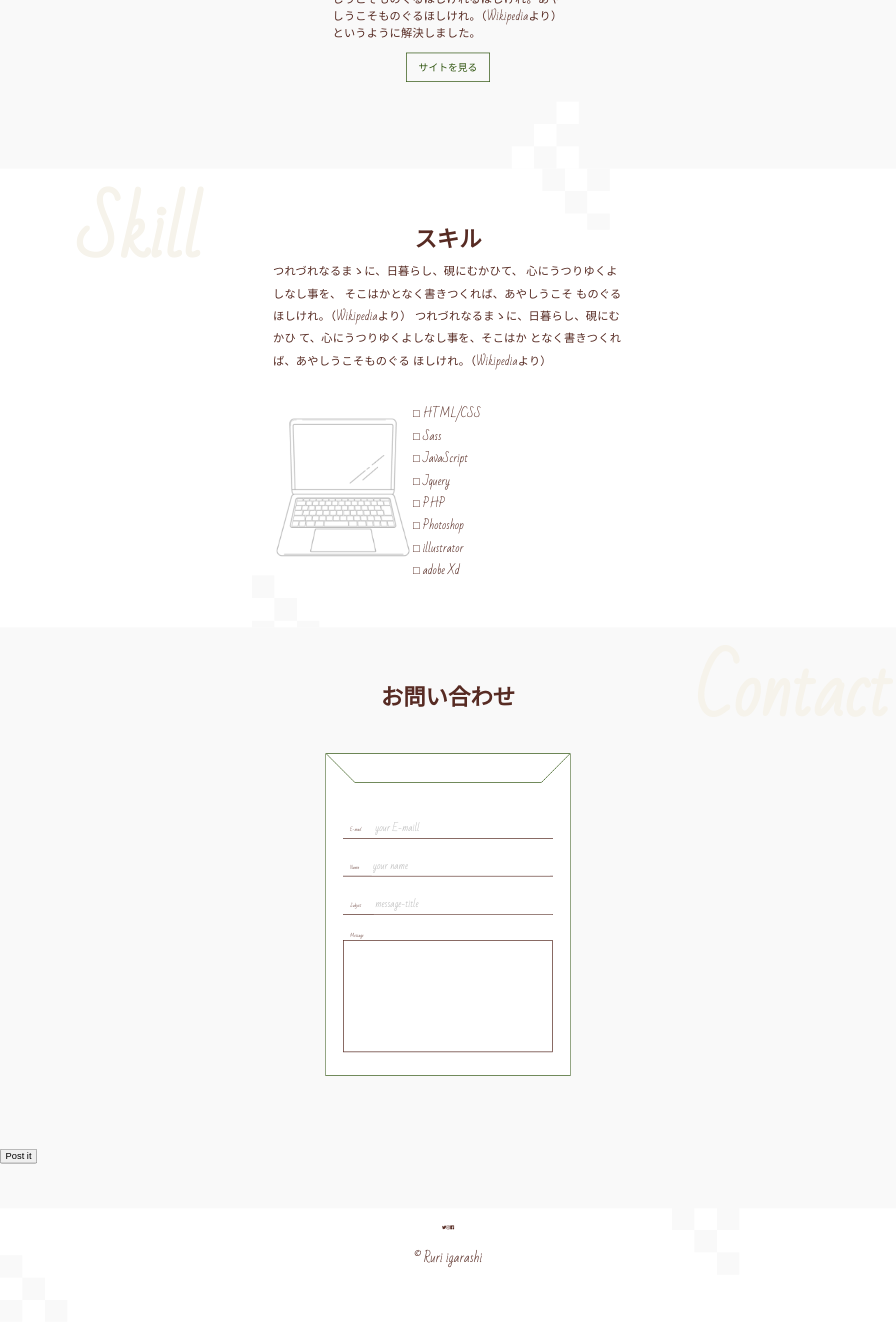
Repository: ppmp556/igarashi.kakuu
Page: index.html
An editor plug-in stored every save of this project. The page is shown before and after the next save, followed by the edit.
The browser window is 1280 px wide. The pictures show the part of the page from y = 3473 to 5393 px (the page is 5361 px tall before and 5393 px after), at 70% of full size.
Some web libraries are served in a nearby version. The style sheet was rebuilt from its Sass, Less or Tailwind sources for each picture, by a compiler version that may differ from the author's.

Above is the page before, as saved 2020-11-03 12:05:47.

After the next save:
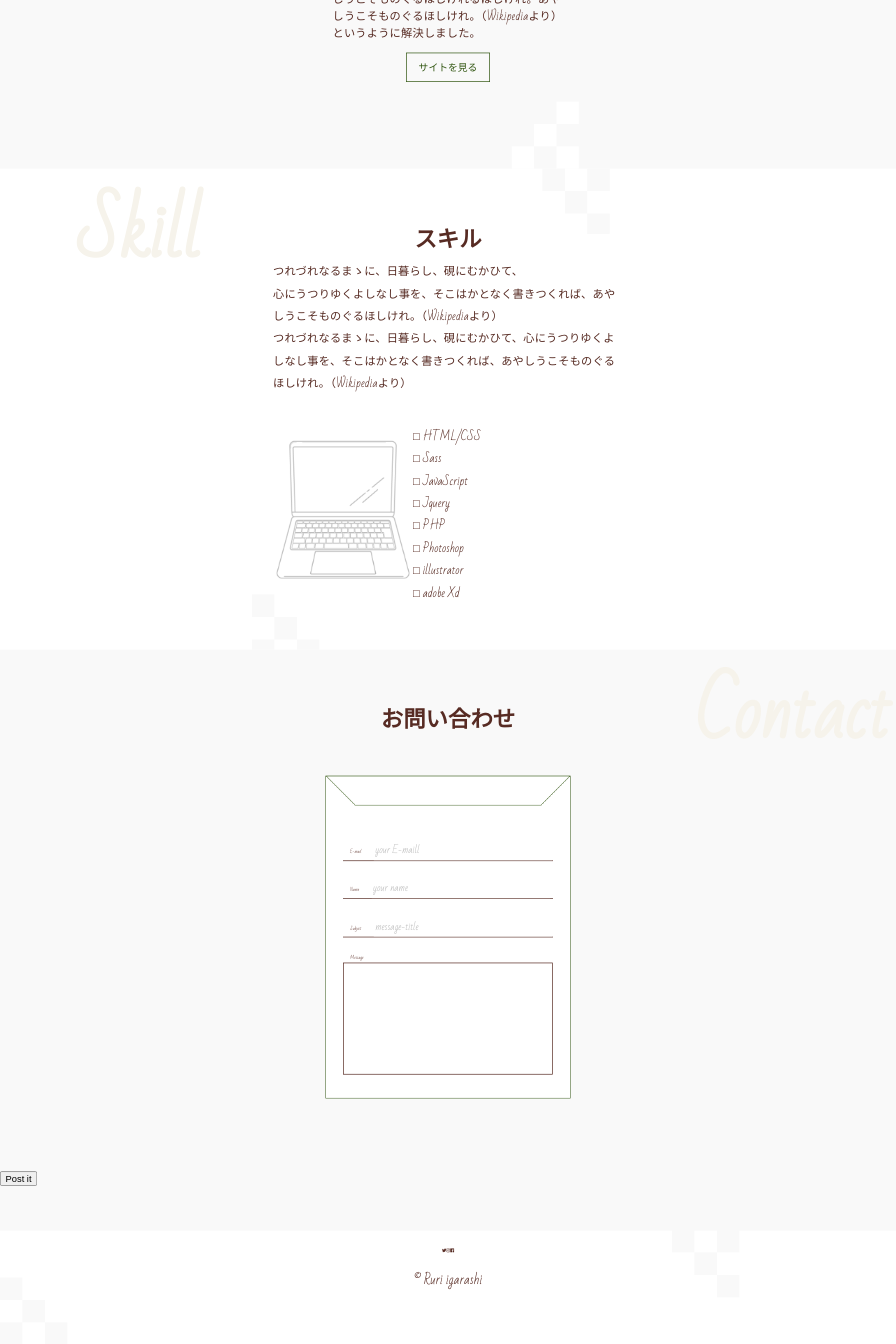
Saved 102 s later.
--- a/index.html
+++ b/index.html
@@ -153,13 +153,11 @@
                     <div class="skill_inner">
                         <div class="skill_txtbox">
                             <p class="skill_txt">
-                                つれづれなるまゝに、日暮らし、硯にむかひて、
-                                心にうつりゆくよしなし事を、
-                                そこはかとなく書きつくれば、あやしうこそ
-                                ものぐるほしけれ。（Wikipediaより）
-                                つれづれなるまゝに、日暮らし、硯にむかひ
-                                て、心にうつりゆくよしなし事を、そこはか
-                                となく書きつくれば、あやしうこそものぐる
+                                つれづれなるまゝに、日暮らし、硯にむかひて、<br>
+                                心にうつりゆくよしなし事を、そこはかとなく書きつくれば、あや<br>
+                                しうこそものぐるほしけれ。（Wikipediaより）<br>
+                                つれづれなるまゝに、日暮らし、硯にむかひて、心にうつりゆくよ<br>
+                                しなし事を、そこはかとなく書きつくれば、あやしうこそものぐる<br>
                                 ほしけれ。（Wikipediaより）
                             </p><!-- /.skill_txt -->
                         </div><!-- /.skill_txtbox -->
